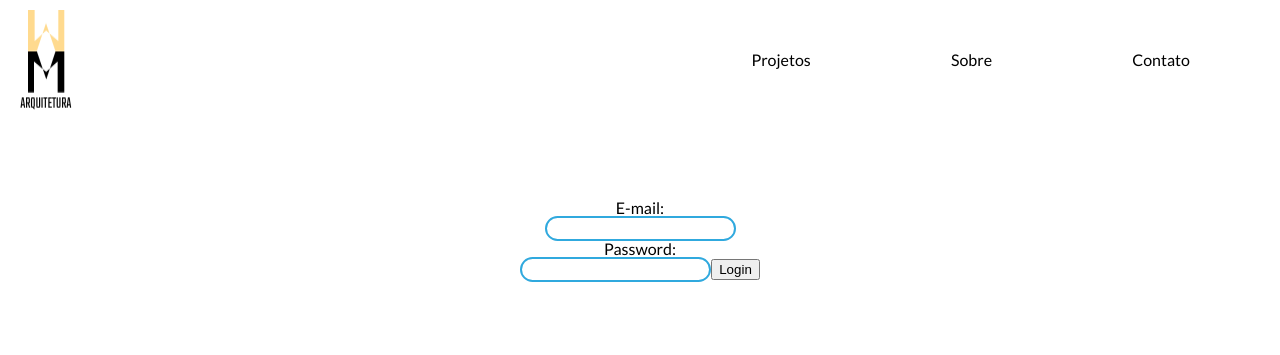
Repository: Luandro-com/wmedeiros
Page: /login
An editor plug-in stored every save of this project. The page is shown before and after the next save, followed by the edit.
The browser window is 1280 px wide. The pictures show the whole page.
The project was rebuilt for these pictures with package versions that can differ from the ones it lists, and the page was loaded fresh each time. Also part of the build but not shown: src/components/App.css, src/components/Projects.css, src/components/Projects.js, src/components/About.js, src/components/Contact.js.

Above is the page before, as saved 2018-02-07 16:32:00.

### public/index.html
<!DOCTYPE html>
<html lang="pt-br">
  <head>
    <meta charset="utf-8">
    <meta name="viewport" content="width=device-width, initial-scale=1, shrink-to-fit=no">
    <meta name="theme-color" content="#000000">
    <!--
      manifest.json provides metadata used when your web app is added to the
      homescreen on Android. See https://developers.google.com/web/fundamentals/engage-and-retain/web-app-manifest/
    -->
    <link rel="manifest" href="%PUBLIC_URL%/manifest.json">
    <link rel="shortcut icon" href="%PUBLIC_URL%/favicon.ico">
    <!--
      Notice the use of %PUBLIC_URL% in the tags above.
      It will be replaced with the URL of the `public` folder during the build.
      Only files inside the `public` folder can be referenced from the HTML.

      Unlike "/favicon.ico" or "favicon.ico", "%PUBLIC_URL%/favicon.ico" will
      work correctly both with client-side routing and a non-root public URL.
      Learn how to configure a non-root public URL by running `npm run build`.
    -->
    <title>Wesley Medeiros Arquitetura</title>
  </head>
  <body>
    <noscript>
      Você precisa estar rodando Javascript para acessar :(
    </noscript>
    <div id="root"></div>
    <!--
      This HTML file is a template.
      If you open it directly in the browser, you will see an empty page.

      You can add webfonts, meta tags, or analytics to this file.
      The build step will place the bundled scripts into the <body> tag.

      To begin the development, run `npm start` or `yarn start`.
      To create a production bundle, use `npm run build` or `yarn build`.
    -->
  </body>
</html>

### src/index.js
import React from 'react';
import ReactDOM from 'react-dom';
import firebase from 'firebase';
import './reset.css';
import './index.css';
import "typeface-lato";
import App from './components/App';
import registerServiceWorker from './registerServiceWorker';
const config = {
  apiKey: "AIzaSyAb3xJVNG-hd2F59HAXRRF4DvenRQsNYII",
  authDomain: "wmarquitetura-b9781.firebaseapp.com",
  databaseURL: "https://wmarquitetura-b9781.firebaseio.com",
  projectId: "wmarquitetura-b9781",
  storageBucket: "",
  messagingSenderId: "888983865049"
};
firebase.initializeApp(config);

ReactDOM.render(<App />, document.getElementById('root'));
registerServiceWorker();

### src/index.css
body {
  font-family: 'Lato', sans-serif
}
a {
  color: #000;
  text-decoration: none;
}

### src/components/App.js
import React from 'react'
import {
  BrowserRouter as Router,
  Route,
  Switch
} from 'react-router-dom'
import './App.css';
import Header from './Header'
import Projects from './Projects'
import About from './About'
import Contact from './Contact'
import Login from './Login'

const App = ({ location }) => (
  <Router>
    <div className="App-container">
      <Header />
      <Route
        render={({ location }) => (
            <Switch location={location}>
              <Route exact path="/" component={Projects}/>
              <Route path="/sobre" component={About}/>
              <Route path="/contato" component={Contact}/>
              <Route path="/login" component={Login}/>
            </Switch>
        )}
      />
    </div>
  </Router>
)
export default App

### src/components/Header.js
import React, { Component} from 'react';
import { NavLink } from 'react-router-dom';
import { withRouter } from 'react-router';
import './Header.css';
import Logo from '../logo.png';
import Menu from '../menu.svg';
import Close from '../close.svg';

const Links = ({ className, close }) => (
  <div className={className}>
    <NavLink activeClassName="Header-nav-active" onClick={close} exact to="/">Projetos</NavLink>
    <NavLink activeClassName="Header-nav-active" onClick={close} to="/sobre">Sobre</NavLink>
    <NavLink activeClassName="Header-nav-active" onClick={close} to="/contato">Contato</NavLink>
  </div>
)

 class Header extends Component {
  constructor (props) {
    super(props)
    this.state = {
      modalOpen: false
    }
  }

  componentWillReceiveProps(nextProps) {
    if (nextProps.history.action === "PUSH") {
      this.handleClose();
    }
  }

  handleOpen = () => {
    this.setState({
      modalOpen: true
    })
  }

  handleClose = () => {
    this.setState({
      modalOpen: false
    })
  }

  render () {
    return (
      <div className="Header-container">
        <div className="Header-modal" style={ this.state.modalOpen ? { display: 'flex' } : { display: 'none' }}>
          <div onClick={this.handleClose} className="Header-modal-button">
            <img src={Close} alt="close" />
          </div>
          <br />
          <Links className="Header-modal-body" />
        </div>
        <header className="Header" style={ !this.state.modalOpen ? { display: 'flex' } : { display: 'none' }}>
          <div className="Header-logo">
            <img src={ Logo } alt="Wesley Medeiros Arquitetura" />
          </div>
          <div onClick={this.handleOpen} className="Header-button">
            <img src={Menu} alt="menu" />
          </div>
          <Links className="Header-nav" close={this.handleClose} />
        </header>
      </div>
    );
  }
}

export default withRouter(Header);

### src/components/Login.js
import React, { Component } from 'react';
import firebase from 'firebase';
import './Login.css';

export default class extends Component {
  constructor(props) {
    super(props)
    this.state = {
      email: 'your@email.com',
      password: ''
    }
  }

  handleSubmit = (info) => {
    console.log('Form', info)
    // const cred = firebase.auth.EmailAuthProvider.credential(
    //   email,
    //   password
    // );
  }

  render() {
    const { email, password } = this.props
    return (
      <div className="Login">
        <form onSubmit={this.handleSubmit}>
          <label>
            <h3>E-mail:</h3>
            <input type="email" onChange={(input) => this.setState({ email: input })} value={email} />
          </label>
          <label>
            <h3>Password:</h3>
            <input type="password" onChange={(input) => this.setState({ password: input })} value={password} />
          </label>
          <button type="submit" value="Submit">
            Login
          </button>
        </form>
      </div>
    );
  }
}

### src/components/Header.css
.Header-container {
}

.Header {
  display: flex;
  justify-content: space-around;
  align-items: center;
  padding: 10px 20px;
}

.Header-logo {
  height: 100px;
  width: 80%;
}

.Header-logo img {
  height: 100px;
  width: 52px;
}

.Header-button {
  position: fixed;
  top: 20px;
  right: 20px;
  background: #fff;
  padding: 5px;
  border-radius: 15%;
}

.Header-button img, .Header-modal-button img {
  width: 25px;
  height: 25px;
}

.Header-nav {
  display: none;
}

.Header-nav-active {
  color: #F6B352;
}

.Header-modal {
  width: 100%;
  height: 100vh;
  background: rgba(0,0,0,0.85);
  overflow-y: hidden;
  overflow-x: auto;
  position: fixed;
  top: 0;
  left: 0;
}

.Header-modal-button {
  position: fixed;
  top: 20px;
  right: 20px;
}

.Header-modal-body {
  display: flex;
  flex-direction: column;
  padding: 100px 0 0;
  text-align: center;
  margin: 0 auto;
}

.Header-modal-body a {
  color: #fff;
  text-align: center;
  font-size: 2.5em;
  padding: 10% 0;
  text-transform: uppercase;
}

.Header-modal-open {
  display: flex;
}

.Header-modal-closed {
  display: none;
}

@media screen and (min-width: 720px) {
  .Header-button {
    display: none;
  }
  .Header-nav {
    width: 70%;
    display: flex;
    justify-content: space-around;
    align-items: center;
  }
}

### src/components/Login.css
.Login {
  width: 80%;
  margin: 0 auto;
  text-align: center;
  padding-top: 80px;
}
.Login input {
  border: 2px solid #30A9DE;
  padding: 3px 5px;
  border-radius: 15px;
}

Loaded but not shown: src/reset.css (common file); src/registerServiceWorker.js (common file)

After the next save:
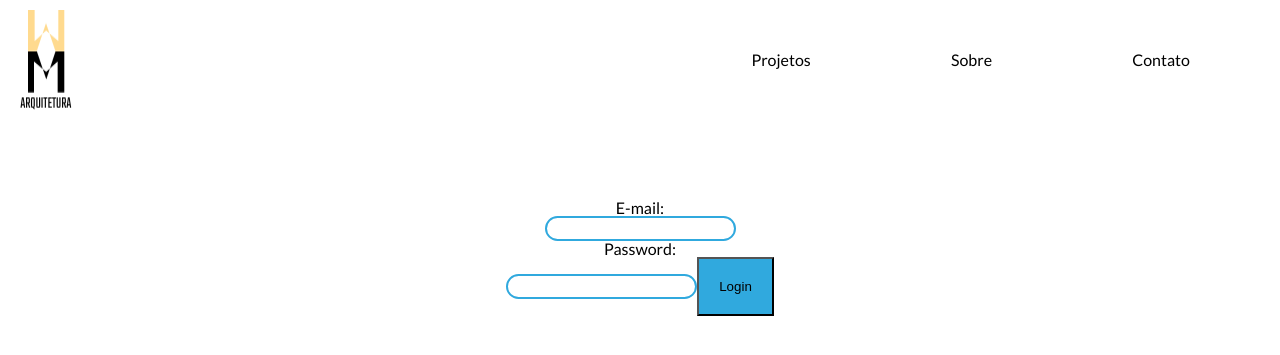
Saved 57 s later.
--- a/src/components/Login.css
+++ b/src/components/Login.css
@@ -4,8 +4,14 @@
   text-align: center;
   padding-top: 80px;
 }
+
 .Login input {
   border: 2px solid #30A9DE;
   padding: 3px 5px;
   border-radius: 15px;
 }
+
+.Login button {
+  padding: 20px;
+  background: #30A9DE;
+}
